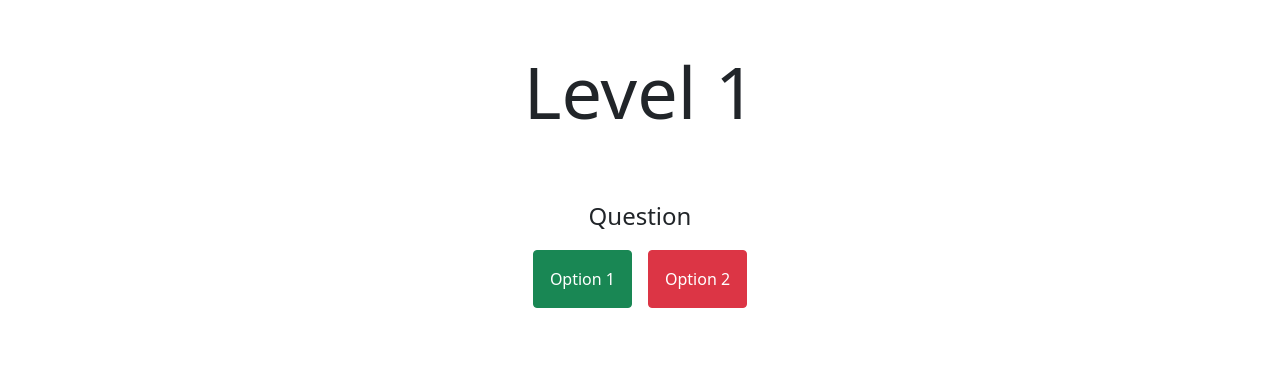
Repository: sreeramkongeseri/QuestionGame
Page: public/level1.html
The author's editor kept a copy of each file at every save. The page is drawn from the files as they stood at one save, then again after the next save.
The browser window is 1280 px wide. The pictures show the whole page.
The page's requests for data from a server got no answer.

Above is the page before, as saved 2021-07-20 18:16:55.

### public/level1.html
<!DOCTYPE html>
<html lang="en">

<head>
  <meta charset="UTF-8" />
  <meta name="viewport" content="width=device-width, initial-scale=1.0" />
  <title>Level 1</title>

  <!-- Bootstrap -->
  <link href="https://cdn.jsdelivr.net/npm/bootstrap@5.0.2/dist/css/bootstrap.min.css" rel="stylesheet" integrity="sha384-EVSTQN3/azprG1Anm3QDgpJLIm9Nao0Yz1ztcQTwFspd3yD65VohhpuuCOmLASjC" crossorigin="anonymous">

  <!-- jQuery library -->
  <script src="https://ajax.googleapis.com/ajax/libs/jquery/3.5.1/jquery.min.js"></script>

  <!-- Bootstrap Javascript -->
  <script src="https://cdn.jsdelivr.net/npm/bootstrap@5.0.2/dist/js/bootstrap.bundle.min.js" integrity="sha384-MrcW6ZMFYlzcLA8Nl+NtUVF0sA7MsXsP1UyJoMp4YLEuNSfAP+JcXn/tWtIaxVXM" crossorigin="anonymous"></script>

  <!-- <link rel="stylesheet" href="main.css" /> -->

  <!-- Icons -->
  <link rel="stylesheet" href="https://use.fontawesome.com/releases/v5.7.0/css/all.css"
    integrity="sha384-lZN37f5QGtY3VHgisS14W3ExzMWZxybE1SJSEsQp9S+oqd12jhcu+A56Ebc1zFSJ" crossorigin="anonymous" />

  <!-- Script -->
  <script src="js/main.js"></script>

</head>


<body>


    <div class='d-flex justify-content-center p-5'>

        <div class='d-flex flex-column justify-content-center text-center'>


            <p class = 'display-2 mb-5'>Level 1</p>
            <p id = 'question' class='m-3 fs-4'>Question</p>

            <div class='d-flex justify-content-center'>
                <button class='btn btn-success rounded p-3 me-3 option'>Option 1</button>
                <button class='btn btn-danger rounded p-3 option'>Option 2</button>
            </div>


            <a id='next' href='level2.html' role='button' class='btn btn-primary align-self-center d-none' width=50px>continue</a>


        </div>


    </div>

</body>

<script>
    fetch("http://localhost:3000/api/level1").then(response => response.json()).then(list =>
       update(list)
    );
</script>

### public/js/main.js
function update(list) {

    $('#question').text(list[0]);
    i = 0;
    $('.option').on('click', () => {
        if (i < list.length - 1) {
            i += 1;
            $('#question').text(list[i]);
        } else {
            $('#question').text("done!");
            $('#next').removeClass('d-none');
            $('.option').addClass('d-none');
        }
    });


}

After the next save:
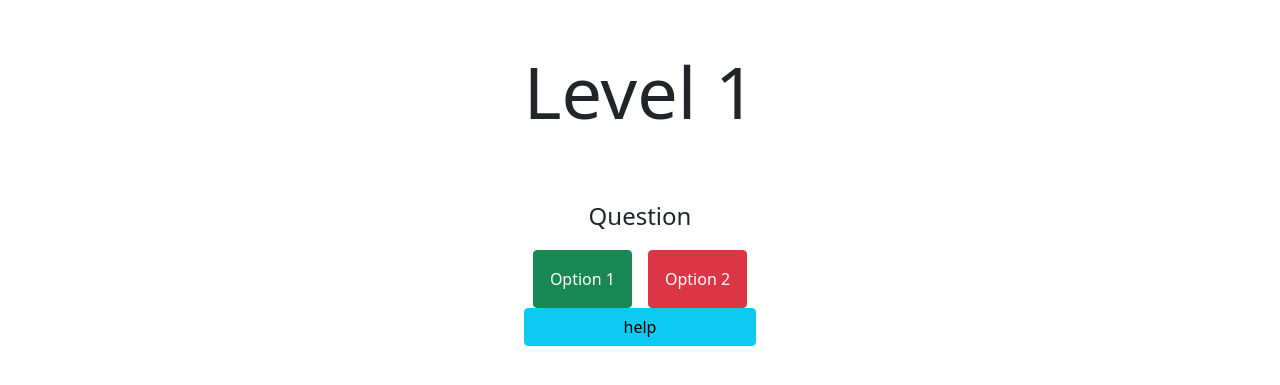
Saved 21 s later.
--- a/public/level1.html
+++ b/public/level1.html
@@ -46,6 +46,26 @@
 
             <a id='next' href='level2.html' role='button' class='btn btn-primary align-self-center d-none' width=50px>continue</a>
 
+            <!-- Button trigger modal -->
+            <button type="button" class="btn btn-info" data-toggle="modal" data-target="#exampleModal">
+                help
+            </button>
+
+            <!-- Modal -->
+            <div class="modal fade" id="exampleModal"  role="dialog" aria-hidden="true">
+            <div class="modal-dialog" role="document">
+            <div class="modal-content">
+
+                <div class="modal-header">
+                    <h5 class="modal-title" id="exampleModalLabel">Help</h5>
+                    <button type="button" class="close" data-dismiss="modal" aria-label="Close">
+                        <span aria-hidden="true">&times;</span>
+                    </button>
+                </div>
+                    <div class="modal-body"> Here's the help text.
+            </div>
+            </div>
+            </div>
 
         </div>
 
